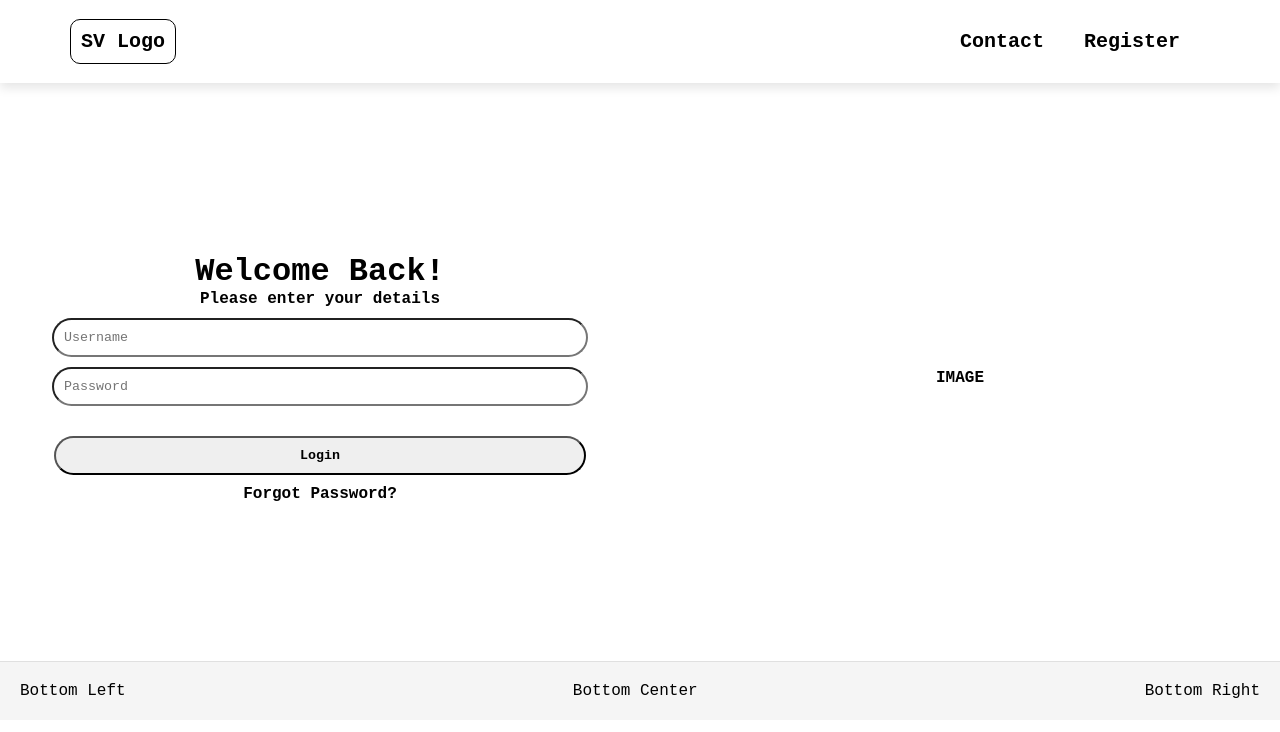
Repository: BuddhimaB/SecureVisionAI
Page: / (app in client/)
An editor plug-in stored every save of this project. The page is shown before and after the next save, followed by the edit.
The browser window is 1280 px wide. The pictures show the whole page.
The project was rebuilt for these pictures with package versions that can differ from the ones it lists, and the page was loaded fresh each time.

Above is the page before, as saved 2024-07-13 19:29:35.

After the next save:
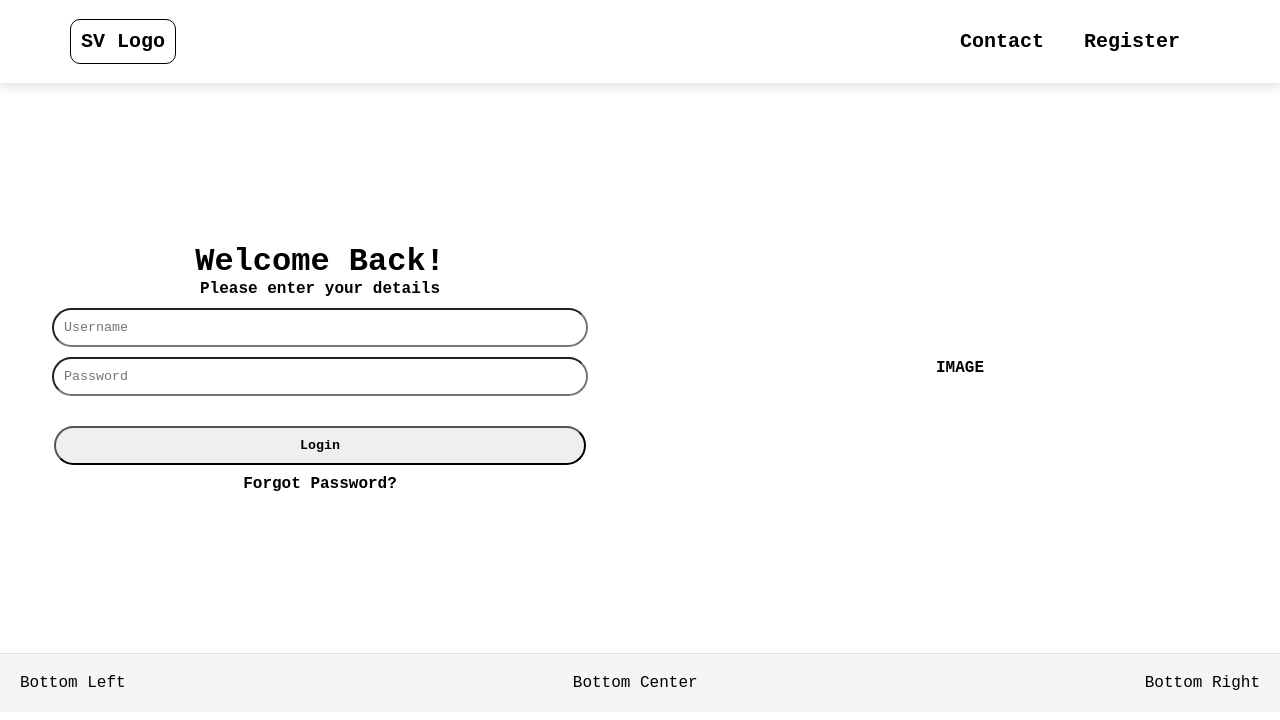
Saved 4 s later.
--- a/client/src/Pages/Login/Login.css
+++ b/client/src/Pages/Login/Login.css
@@ -2,7 +2,7 @@
     display: flex;
     justify-content: center;
     align-items: center;
-    height: calc(100vh - 130px);
+    height: calc(100vh - 150px);
 
 
 }
